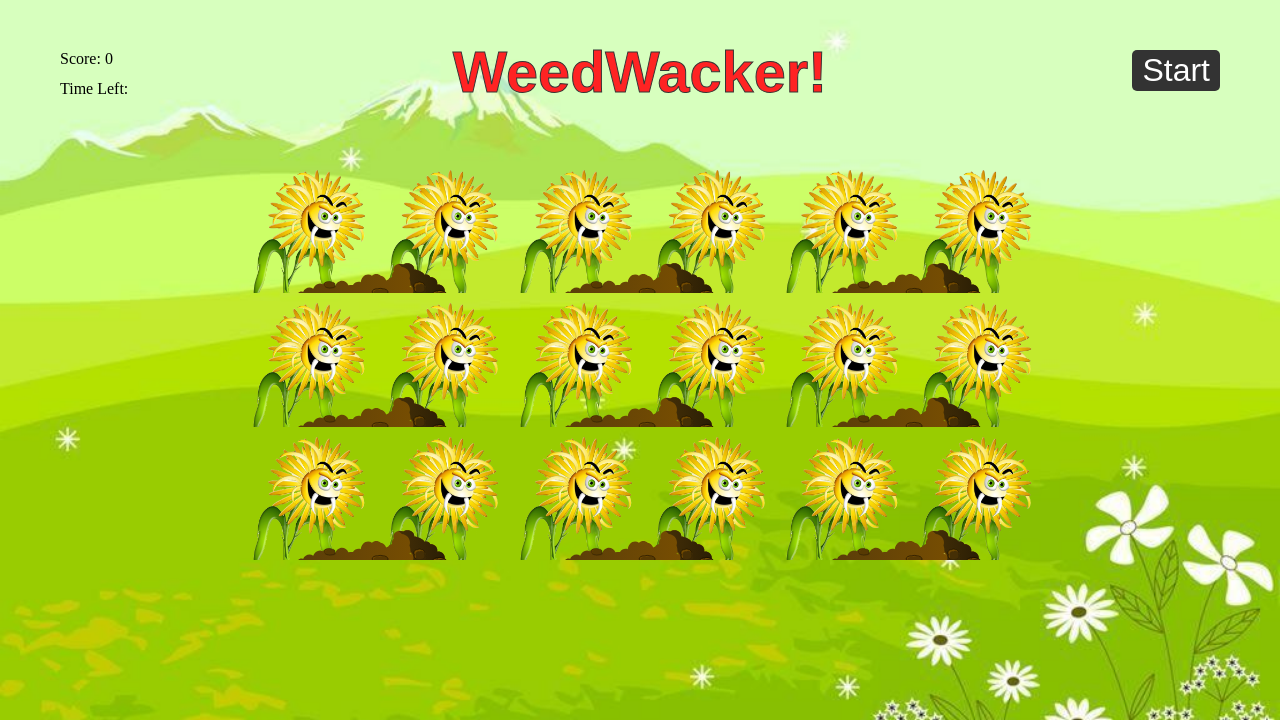
Repository: AustinW24/weedwacker
Page: index.html
The author's editor kept a copy of each file at every save. The page is drawn from the files as they stood at one save, then again after a run of saves.
The browser window is 1280 px wide. The pictures show the whole page.
Some web fonts or font styles are not loaded; a fallback is used.

Above is the page before, as saved 2022-02-11 09:54:41.

### index.html
<!DOCTYPE html>
<html lang="en">
<head>
    <meta charset="UTF-8">
    <meta name="viewport" content="width=device-width, initial-scale=1.0">
    <meta http-equiv="X-UA-Compatible" content="ie=edge">
    <title>WeedWacker</title>
    <link href="http://fonts.cdnfonts.com/css/common-pixel" rel="stylesheet">
    <link rel="stylesheet" href="style.css">
</head>

<body>
    <div class="container">
        <div class="score">Score: 0</div>
        <div class="timer">Time Left: </div>
        <div class="heading">
            <h1 class="title">WeedWacker!</h1>
        </div>
        <div class="start">
            <button onClick="startGame()">Start</button>
        </div>
        <div class="game">
            <div class="hole hole1">
                <div class="plant"></div>
            </div>
            <div class="hole hole2">
                <div class="plant"></div>
            </div>
            <div class="hole hole3">
                <div class="plant"></div>
            </div>
            <div class="hole hole4">
                <div class="plant"></div>
            </div>
            <div class="hole hole5">
                <div class="plant"></div>
            </div>
            <div class="hole hole6">
                <div class="plant"></div>
            </div>
            <div class="hole hole7">
                <div class="plant"></div>
            </div>
            <div class="hole hole8">
                <div class="plant"></div>
            </div>
            <div class="hole hole9">
                <div class="plant"></div>
            </div>
        </div>
    </div>
            <script src="main.js"></script>
</body>
</html>

### style.css
html{
    box-sizing: border-box;
    margin: 0 auto;
}

*, *:before, *:after {
    box-sizing: inherit;
}

body {
    margin: 0;
    padding: 0;

}

.container {
    height: 100vh;
    width: 100vw;
    background: url("/assets/wwbackground.jpg") no-repeat center;
    background-size: 100%;
    display: flex;
    align-items: center;
    justify-content: center;
    position: relative;
    overflow: hidden;
}

.game {
    display: flex;
    flex-wrap: wrap;
    width: 800px;
    height: 400px;
    margin: 0 auto;
}

.hole {
    flex: 1 0 33.33%;
    overflow: hidden;
    position: relative;
    margin-top: 10px;

}
.hole::after {
    display: block;
    background: url("/assets/dirt.svg") bottom center no-repeat;
    background-size: contain;
    content: '';
    position: absolute;
    width: 100%;
    height: 60px;
    z-index: 2;
    bottom: -30px;

}

.plant {
    background: url("/assets/evilweeds.png");
    background-size: 50%;
    top: 100%;
    width: 100%;
    height: 100%;

}


button {
    font-size: 2rem;
    cursor: pointer;
    border: none;
    background: #333;
    color: #fff;
    border-radius: 5px;
    padding: 2px 10px 2px 10px;
    transition: all 0.5s ease;
}

.heading {
    display: flex;
    position: absolute;
    top: 0;
    margin-top: 0%;
    font-family: 'Common Pixel', sans-serif;
    color: rgb(255, 35, 35);
    font-size: 2vw;
    font-size: 4vh;
    -webkit-text-stroke-width: 1px;
    -webkit-text-stroke-color: rgb(53, 53, 53);
}

.score {
    left: 0;
    position: absolute;
    top: 0;
    margin-top: 50px;
    margin-left: 60px;
}

.start {
    right: 0;
    position: absolute;
    top: 0;
    margin-top: 50px;
    margin-right: 60px;
}

.timer {
    left: 0;
    position: absolute;
    top: 0;
    margin-top: 80px;
    margin-left: 60px;
}

@keyframes Slide_Up {
    0% {
        transform: translateY(100px)
    }
    100% {
        transform: translateY(0)
    }

### main.js
const holes = document.querySelectorAll('.hole');
const scoreBoard = document.querySelector('.score');
const plants = document.querySelectorAll('.plant');
const start = document.querySelector('.start');
const timer = document.querySelector('.timer');
let lastHole;
let timeUp = false;
let score = 0;
let currentTime = 10;

Loaded but not shown: assets/dirt.svg (40 lines, source omitted)

After the next 2 saves:
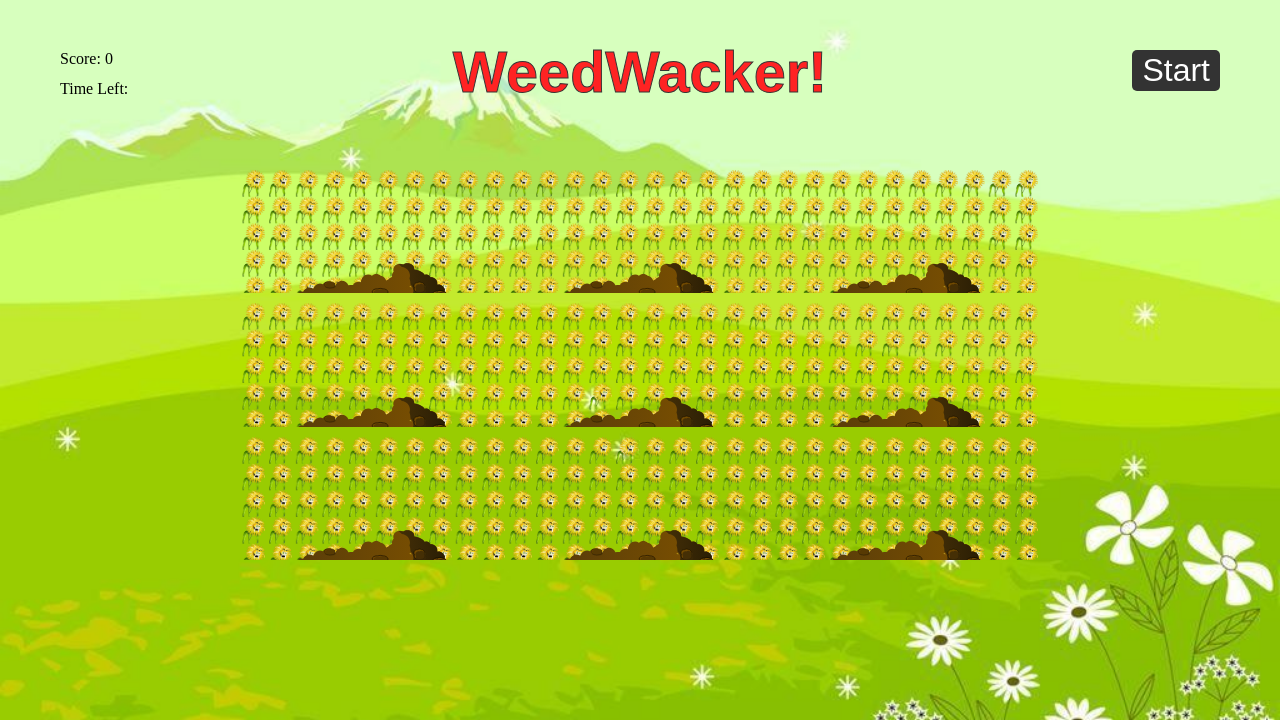
The 2 saves are shown as one change because they came seconds apart.
The last was saved 18 s later.
--- a/style.css
+++ b/style.css
@@ -55,7 +55,7 @@
 
 .plant {
     background: url("/assets/evilweeds.png");
-    background-size: 50%;
+    background-size: 10%;
     top: 100%;
     width: 100%;
     height: 100%;

After the save that followed:
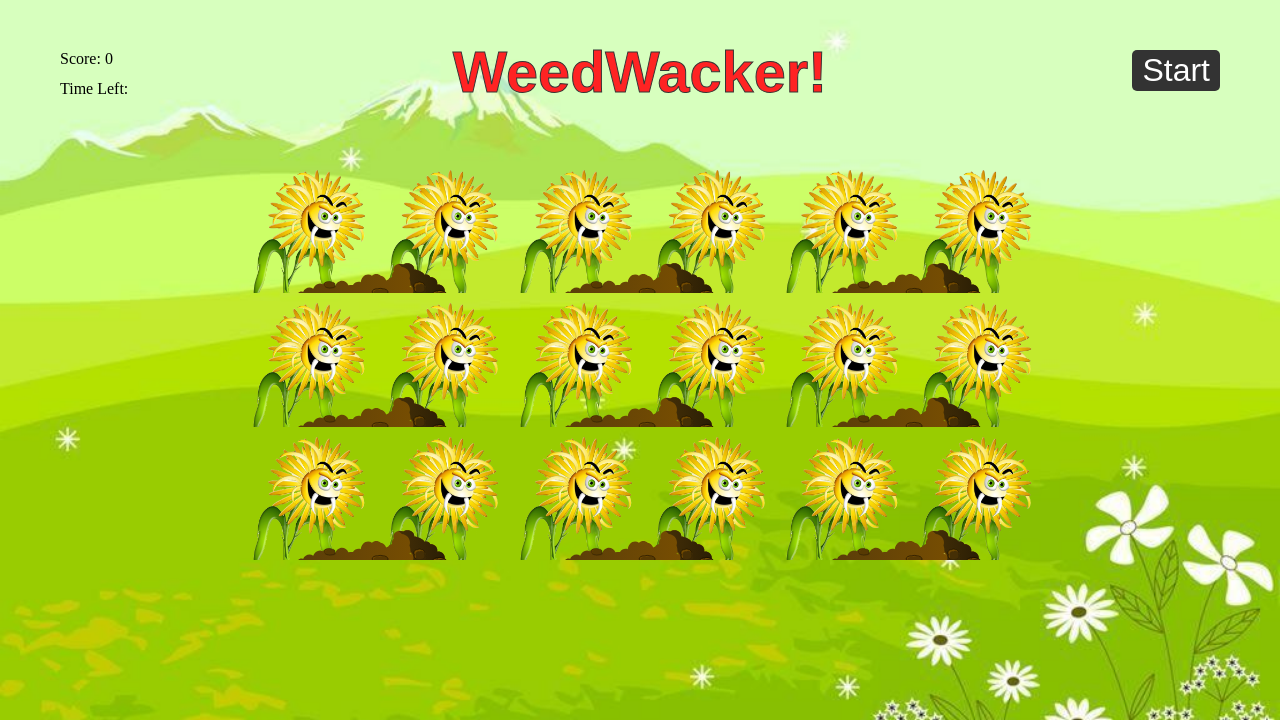
Saved 5 s later.
--- a/style.css
+++ b/style.css
@@ -55,7 +55,7 @@
 
 .plant {
     background: url("/assets/evilweeds.png");
-    background-size: 10%;
+    background-size: 50%;
     top: 100%;
     width: 100%;
     height: 100%;
